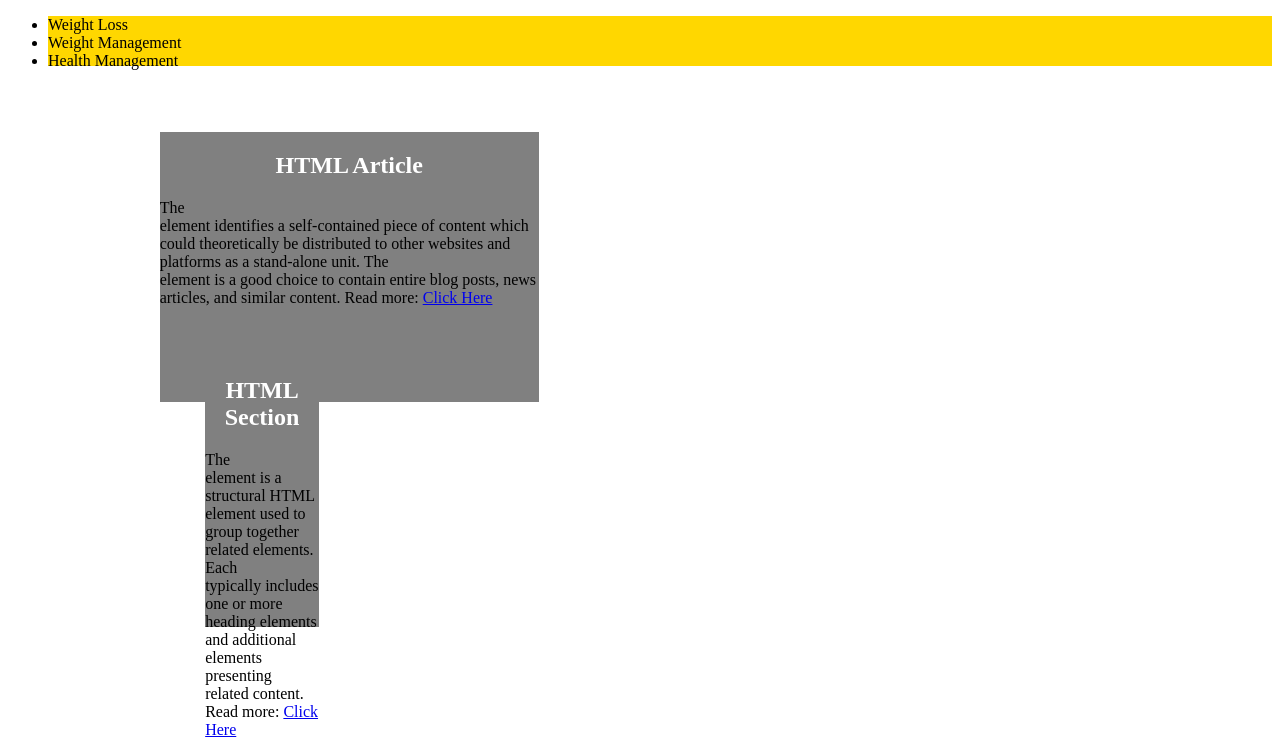
Repository: helloneibor/project1
Page: project1.html
The author's editor kept a record of every edit. The page is drawn from the files as they stood at one moment, then again after the next edit.
The browser window is 1280 px wide. The pictures show the whole page.

Above is the page before.

### project1.html
<!DOCTYPE html>
<html lang="en">
<head>
    <meta charset="UTF-8">
    <meta name="viewport" content="width=device-width, initial-scale=1.0">
    <meta http-equiv="X-UA-Compatible" content="ie=edge">
    <link rel="stylesheet" href="main.css"/>
    <title> Project 1 </title>
</head>
<body>
    <div>
        <ul>
        <header>
            <nav>
            <li> Weight Loss </li>
            <li> Weight Management </li>
            <li> Health Management </li>
            </nav>
        </header>
        </ul>
    </div>
    <section>
        <article class="blocks">
            <h2> HTML Article </h2>
            The <article> element identifies a self-contained piece of content which could theoretically be distributed to other websites and platforms as a stand-alone unit. The <article> element is a good choice to contain entire blog posts, news articles, and similar content.

Read more: <a href="https://html.com/tags/article/#ixzz5nXVSt3us"/a> Click Here</a>

        </article>
        <article class="blocks">
            <h2> HTML Section </h2>
            The <section> element is a structural HTML element used to group together related elements. Each <section> typically includes one or more heading elements and additional elements presenting related content.

Read more: <a href="https://html.com/tags/section/#ixzz5nXWPnf1w"> Click Here </a>
        </article>
    </section>

</body>
</html>

### main.css
nav {
    background-color: gold;
    height: 50px;
    width: 100%;
}

.blocks {
    background-color: grey;
    height: 270px;
    width: 30%;
    display:inline-block;
    margin-left: 12%;
    margin-top: 50px;
}

h2 {
    color: white;
    text-align: center;
}

.divmar{
    margin-left: 20px;
    text-align: left;
    color: white;
}

After the next edit:
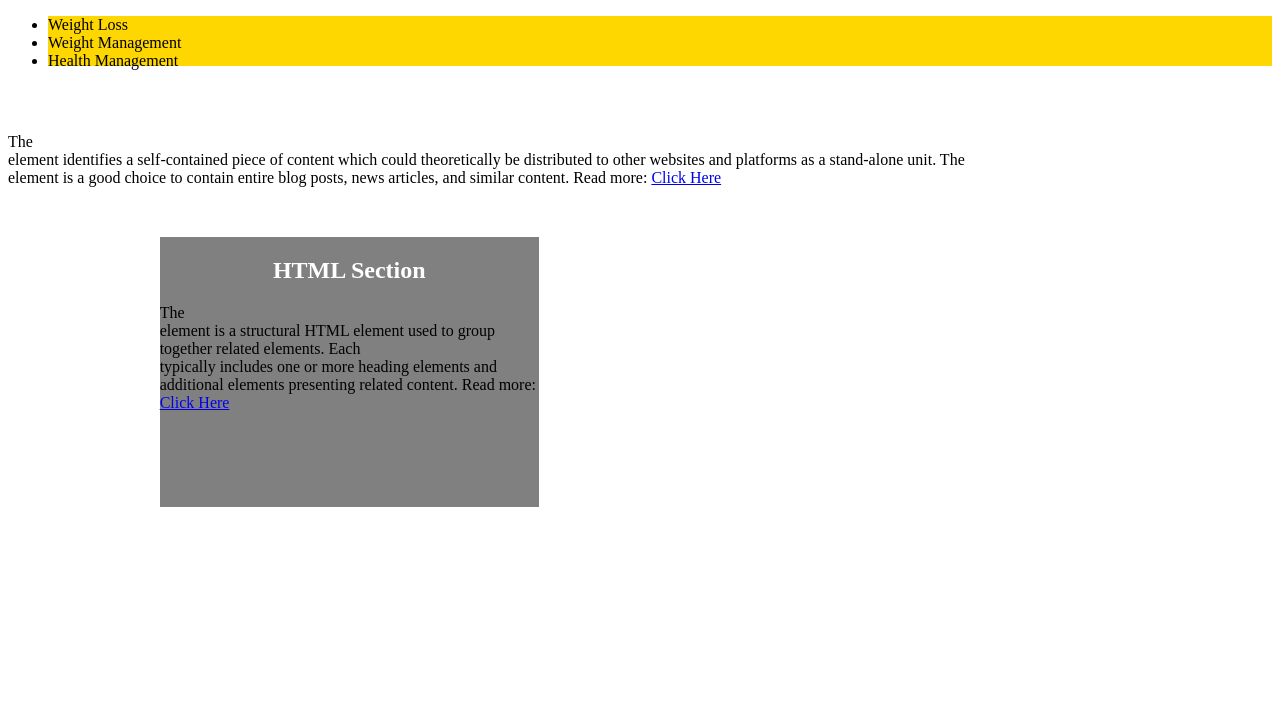
The edit:
--- a/project1.html
+++ b/project1.html
@@ -20,7 +20,7 @@
         </ul>
     </div>
     <section>
-        <article class="blocks">
+        <article>
             <h2> HTML Article </h2>
             The <article> element identifies a self-contained piece of content which could theoretically be distributed to other websites and platforms as a stand-alone unit. The <article> element is a good choice to contain entire blog posts, news articles, and similar content.
 
